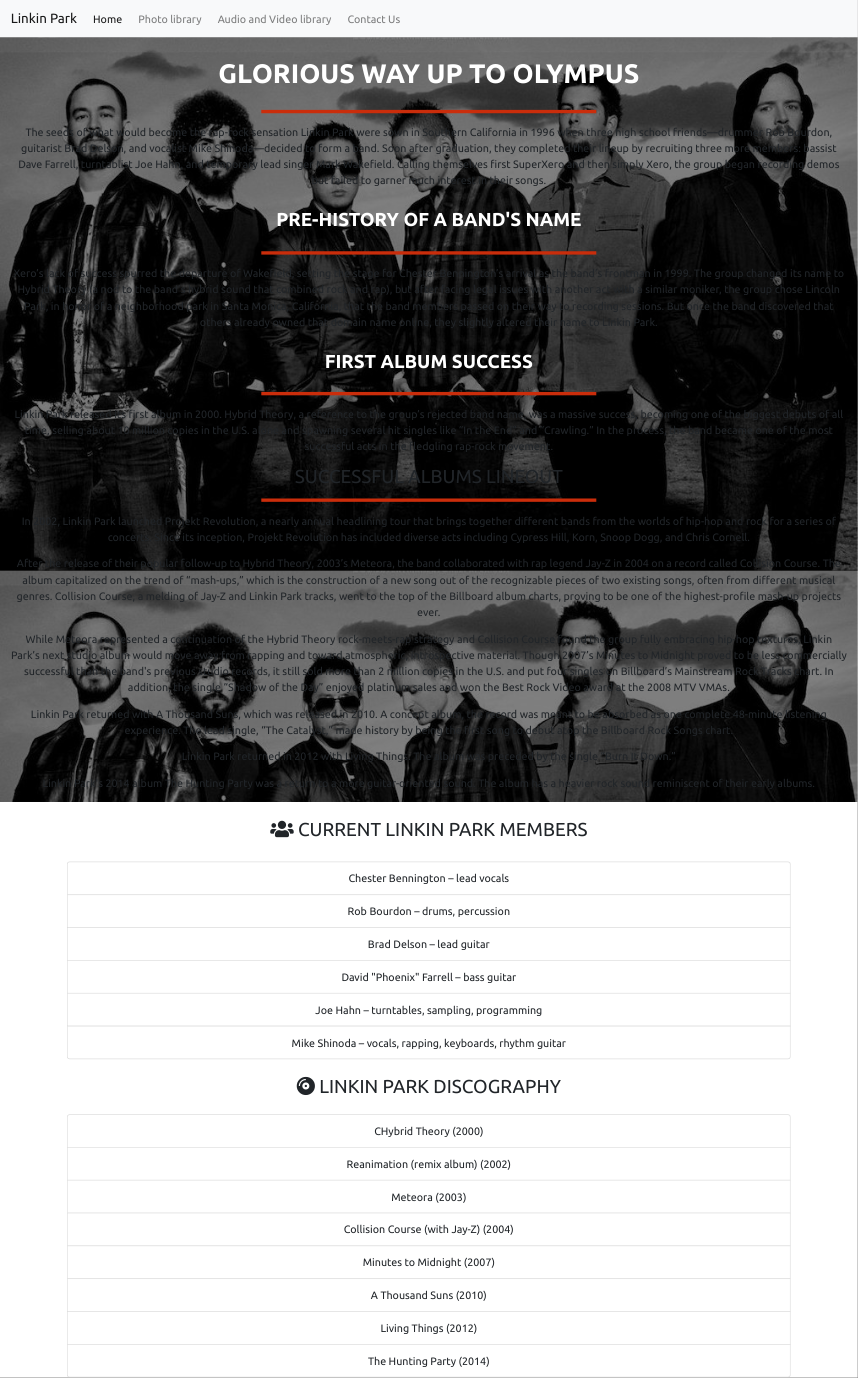
Repository: vaida898/website
Page: index.html
The author's editor kept a record of every edit. The page is drawn from the files as they stood at one moment, then again after the next edit.
The browser window is 1280 px wide. The pictures show the whole page, at 67% of full size.
Backgrounds fixed to the window are drawn as part of the page. Some web libraries are served in a nearby version.

Above is the page before.
Console error: TypeError: Cannot read properties of undefined (reading 'fn')

After the next edit:
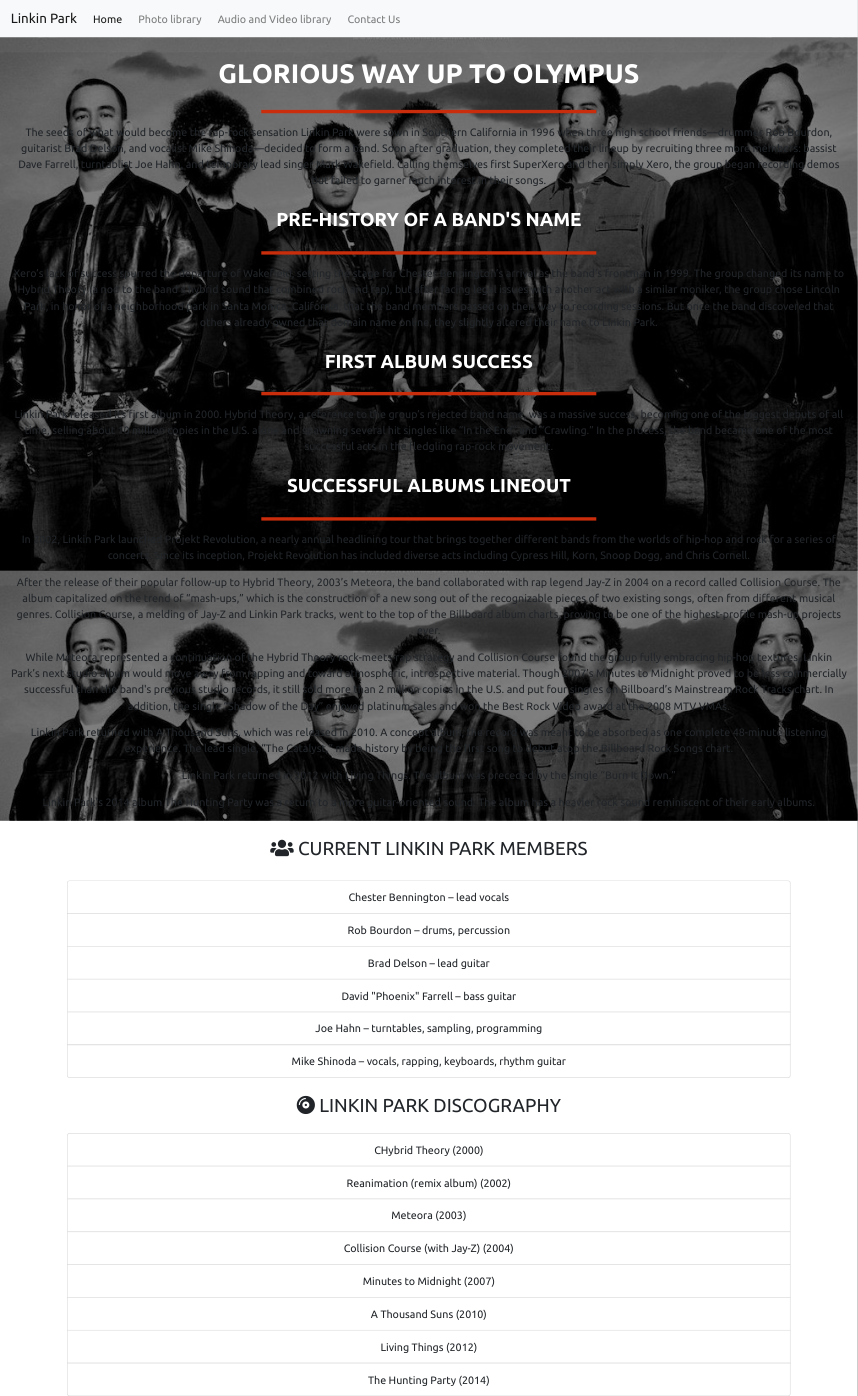
The edit:
--- a/index.html
+++ b/index.html
@@ -58,7 +58,7 @@
                     <p>Linkin Park released its first album in 2000. Hybrid Theory, a reference to the group’s rejected band name, was a massive success, becoming one of the biggest debuts of all time, selling about 10 million copies in the U.S. alone and
                         spawning several hit singles like “In the End” and “Crawling.” In the process, the band became one of the most successful acts in the fledgling rap-rock movement.</p>
 
-                    <h3 class="text-uppercase">Successful albums lineout</h3>
+                    <h3 class="text-uppercase jumbotron-paragraph">Successful albums lineout</h3>
                     <hr class="block-divider">
                     <p>In 2002, Linkin Park launched Projekt Revolution, a nearly annual headlining tour that brings together different bands from the worlds of hip-hop and rock for a series of concerts. Since its inception, Projekt Revolution has included
                         diverse acts including Cypress Hill, Korn, Snoop Dogg, and Chris Cornell.</p>
